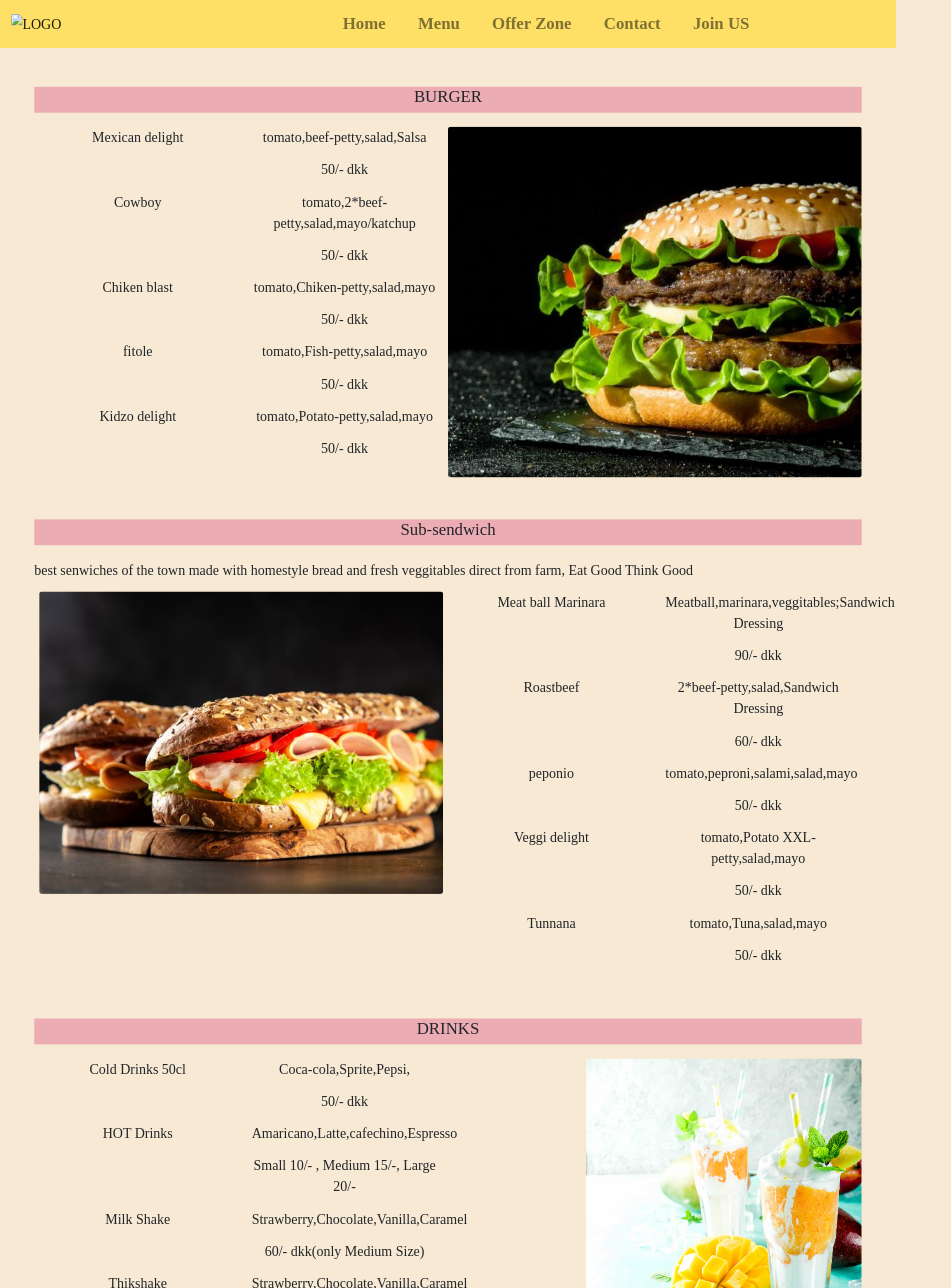
Repository: HMTRIVEDI/project-one
Page: menu.html
The author's editor kept a record of every edit. The page is drawn from the files as they stood at one moment, then again after the next edit.
The browser window is 1280 px wide. The page is 1359 px wide, so the pictures cover 1359 px, including what lies to the right of the window. The pictures show the part of the page from y = 0 to 1840 px (the page is 2771 px tall), at 70% of full size.
Some web fonts or font styles are not loaded; a fallback is used. Some web libraries are served in a nearby version.

Above is the page before.

After the next edit:
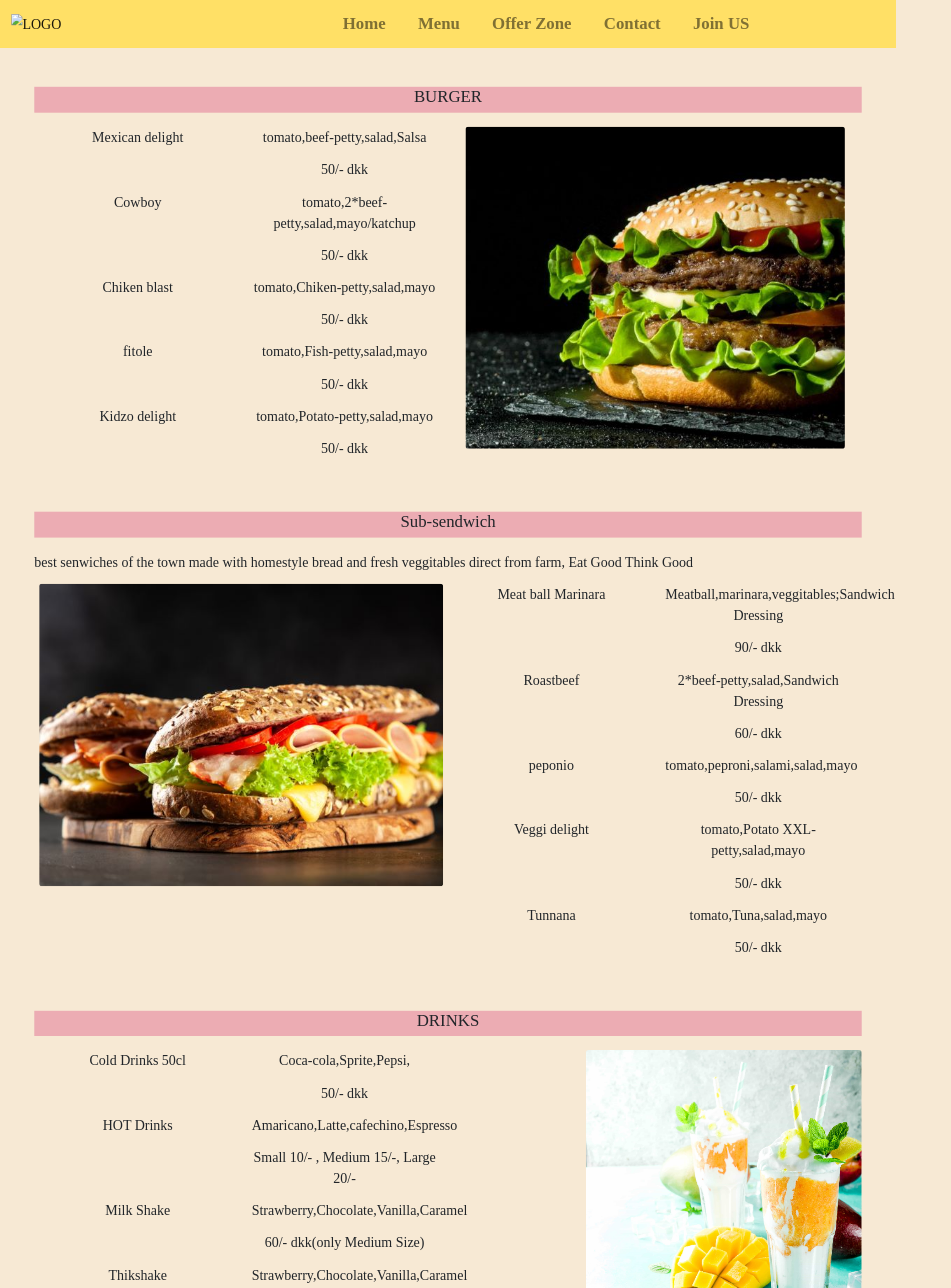
The edit:
--- a/menu.html
+++ b/menu.html
@@ -102,7 +102,7 @@
         <div class="row">
         </div>
         <div class="row">
-          <img class="img-fluid rounded mx-auto d-block h-auto w-100" src="assets/img/foodb.jpg"></img>
+          <img class="img-fluid rounded mx-auto d-block" src="assets/img/foodb.jpg"></img>
         </div>
       </div>
     </div>
